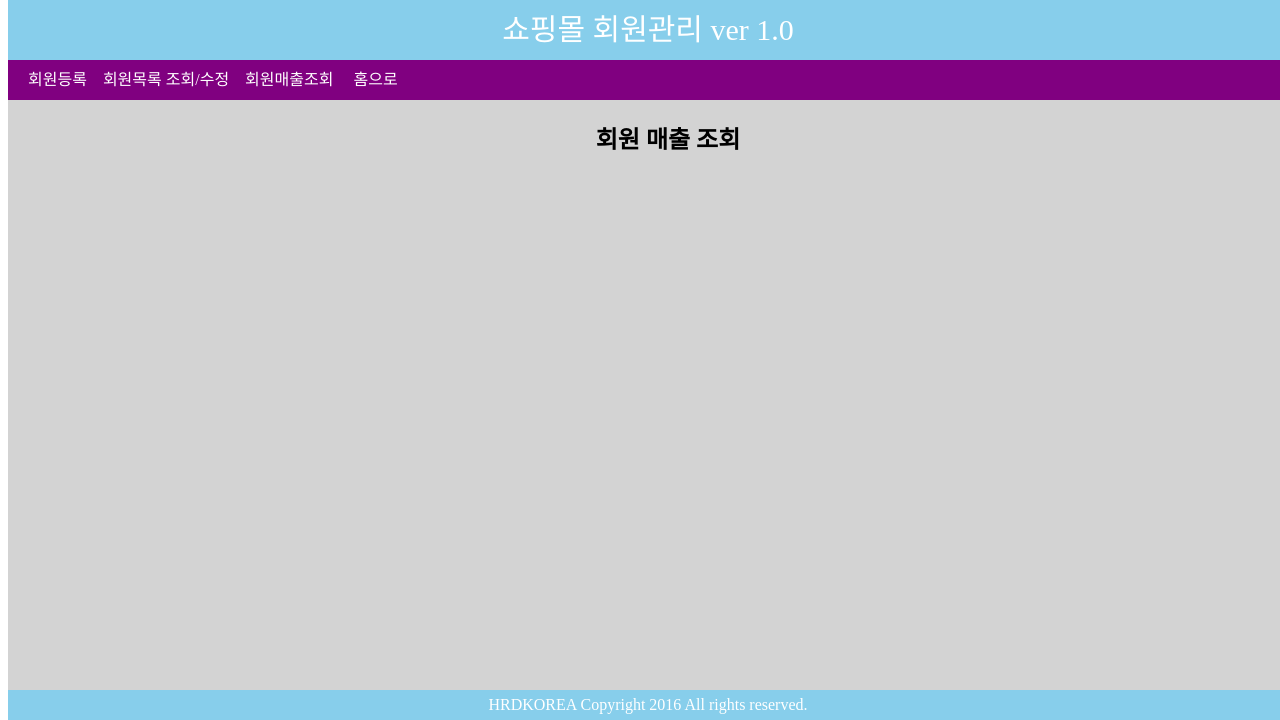
Repository: haileylee94/mini-project
Page: http://localhost/hrd/incom.jsp
These files come from the project's save history. The page is drawn as it stood at one moment and after the next save; the edit follows.
The browser window is 1280 px wide. The pictures show the whole page.
The page is served by Tomcat 9. Other server files are loaded and not shown.

Above is the page before, as saved 2022-11-18 04:51:54.

### hrd/WebContent/incom.jsp
<%@ page language="java" contentType="text/html; charset=UTF-8"
    pageEncoding="UTF-8"%>
<!DOCTYPE html>
<html>
<head>
<meta charset="UTF-8">
<title>incom</title>
</head>
<body>
<jsp:include page="header.jsp"/>
	<section
		style="position: fixed; top: 100px; background-color: lightgray; height: 100%; width: 100%; padding-left: 20px">
		<h1 style="text-align: center;">
			<b>회원 매출 조회</b><br>
		</h1>
	</section>
<jsp:include page="footer.jsp"/>
</body>
</html>

### hrd/WebContent/header.jsp
<%@ page language="java" contentType="text/html; charset=UTF-8"
    pageEncoding="UTF-8"%>
<!DOCTYPE html>
<html>
<head>
<meta charset="UTF-8">
<title>header</title>
<style type="text/css">
	*{
		text-decoration: none;
	}

	header{
		position:fixed;
		top:0px;
		width:100%;
		height: 60px;
		background-color: skyblue;
		color: white;
		text-align: center;
		line-height: 60px;
		font-size: 30px;
	}
	nav{
		position: fixed;
		top: 60px;
		width: 100%;
		height: 40px;
		background-color: purple;
		line-height: 40px;
		padding-left: 20px;
		color: #fff;
	}

	a{
		color: #fff;
	}
</style>
</head>
<body>

	<header>
		쇼핑몰 회원관리 ver 1.0
	</header>

	<nav>
		<a href="join.jsp">회원등록</a> &nbsp;&nbsp;
		<a href="memberList.jsp">회원목록 조회/수정</a> &nbsp;&nbsp;
		<a href="incom.jsp">회원매출조회</a> &nbsp;&nbsp;&nbsp;
		<a href="index.jsp">홈으로</a>
	</nav>
</body>
</html>

### hrd/WebContent/footer.jsp
<%@ page language="java" contentType="text/html; charset=UTF-8"
    pageEncoding="UTF-8"%>
<!DOCTYPE html>
<html>
<head>
<meta charset="UTF-8">
<title>footer</title>
<style type="text/css">
	footer{
		position: fixed;
		bottom: 0px;
		background-color: skyblue;
		width: 100%;
		height: 30px;
		color: white;
		text-align: center;
		line-height: 30px;
	}
</style>
</head>
<body>

	<footer>
		HRDKOREA Copyright 2016 All rights reserved.
	</footer>
</body>
</html>

After the next save:
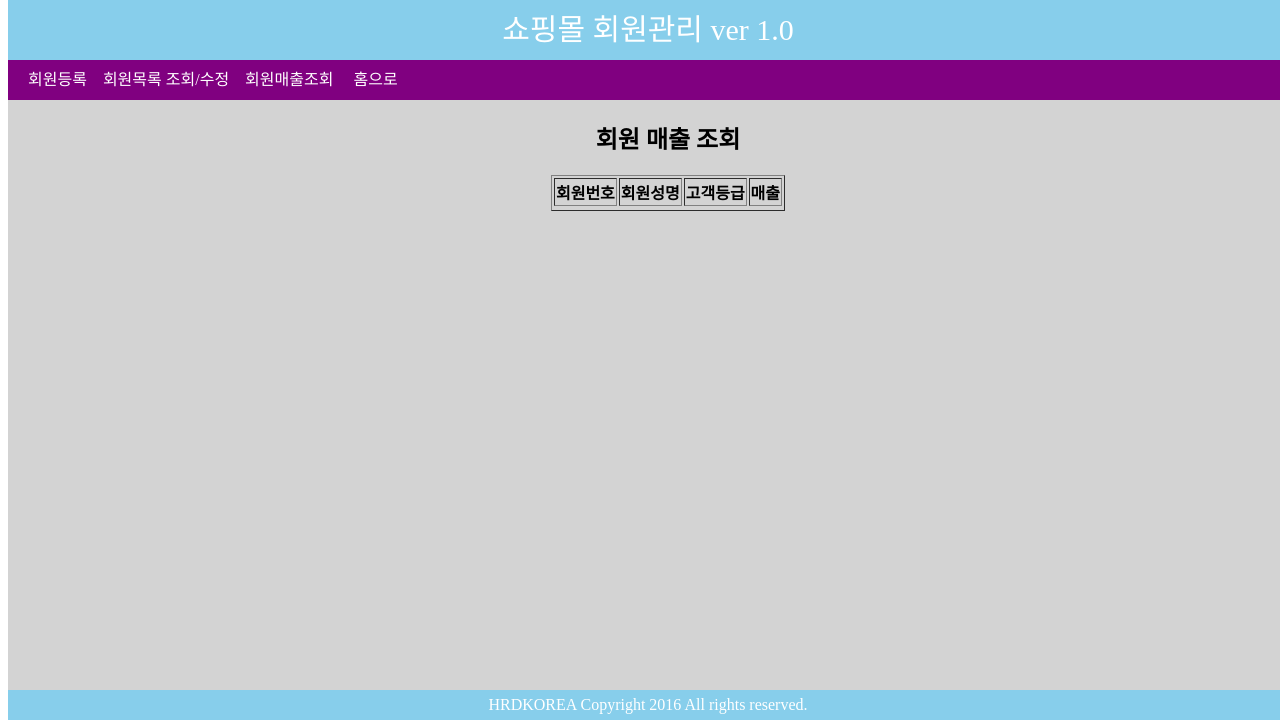
Saved 9 min 49 s later.
--- a/hrd/WebContent/incom.jsp
+++ b/hrd/WebContent/incom.jsp
@@ -13,6 +13,18 @@
 		<h1 style="text-align: center;">
 			<b>회원 매출 조회</b><br>
 		</h1>
+		<form style="display: flex; align-items: center;justify-content: center;
+			text-align:center">
+			<table border="1">
+				<tr>
+					<th>회원번호</th>
+					<th>회원성명</th>
+					<th>고객등급</th>
+					<th>매출</th>
+				</tr>
+				<tr>
+			</table>
+		</form>
 	</section>
 <jsp:include page="footer.jsp"/>
 </body>
